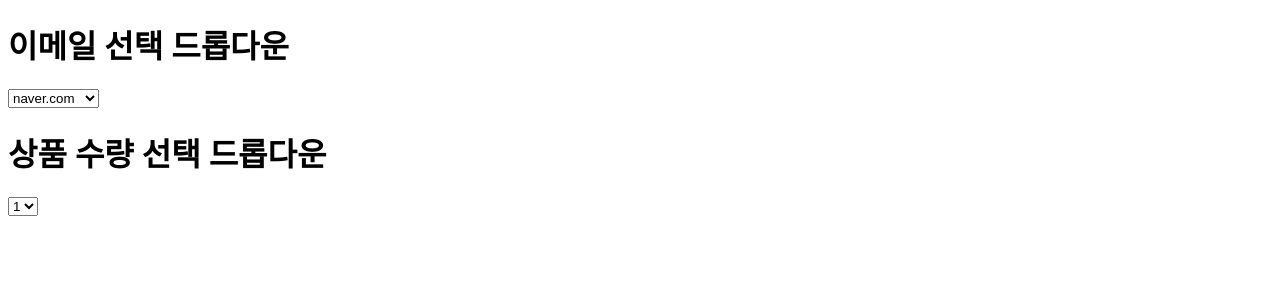
Repository: YangSeungWook/ts-inflearn
Page: example/dropdown-generic.html
These files come from the project's save history. The page is drawn as it stood at one moment and after the next save; the edit follows.
The browser window is 1280 px wide. The pictures show the whole page.

Above is the page before, as saved 2021-04-05 19:13:38.

After the next save:
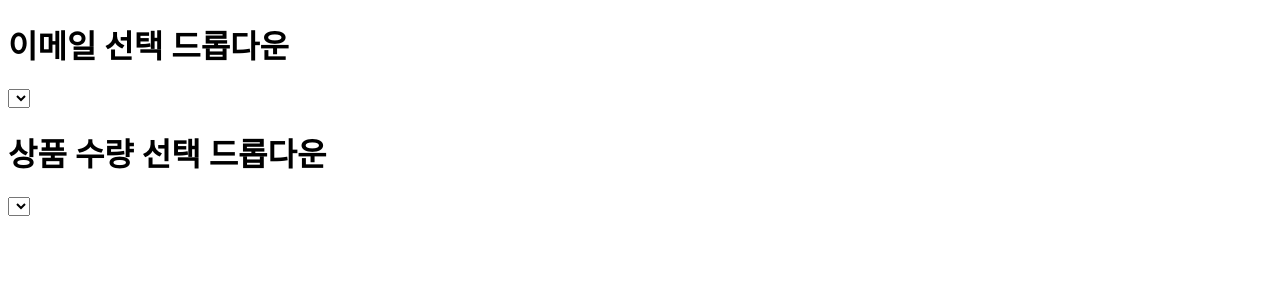
Saved 2 h 7 min later.
--- a/example/dropdown-generic.html
+++ b/example/dropdown-generic.html
@@ -9,17 +9,17 @@
     <div>
       <h1>이메일 선택 드롭다운</h1>
       <select id="email-dropdown">
-        <option value="naver.com" selected>naver.com</option>
+        <!-- <option value="naver.com" selected>naver.com</option>
         <option value="google.com">google.com</option>
-        <option value="hanmail.net">hanmail.net</option>
+        <option value="hanmail.net">hanmail.net</option> -->
       </select>
     </div>
     <div>
       <h1>상품 수량 선택 드롭다운</h1>
       <select id="product-dropdown">
-        <option value="1" selected>1</option>
+        <!-- <option value="1" selected>1</option>
         <option value="2">2</option>
-        <option value="3">3</option>
+        <option value="3">3</option> -->
       </select>
     </div>
   </body>
